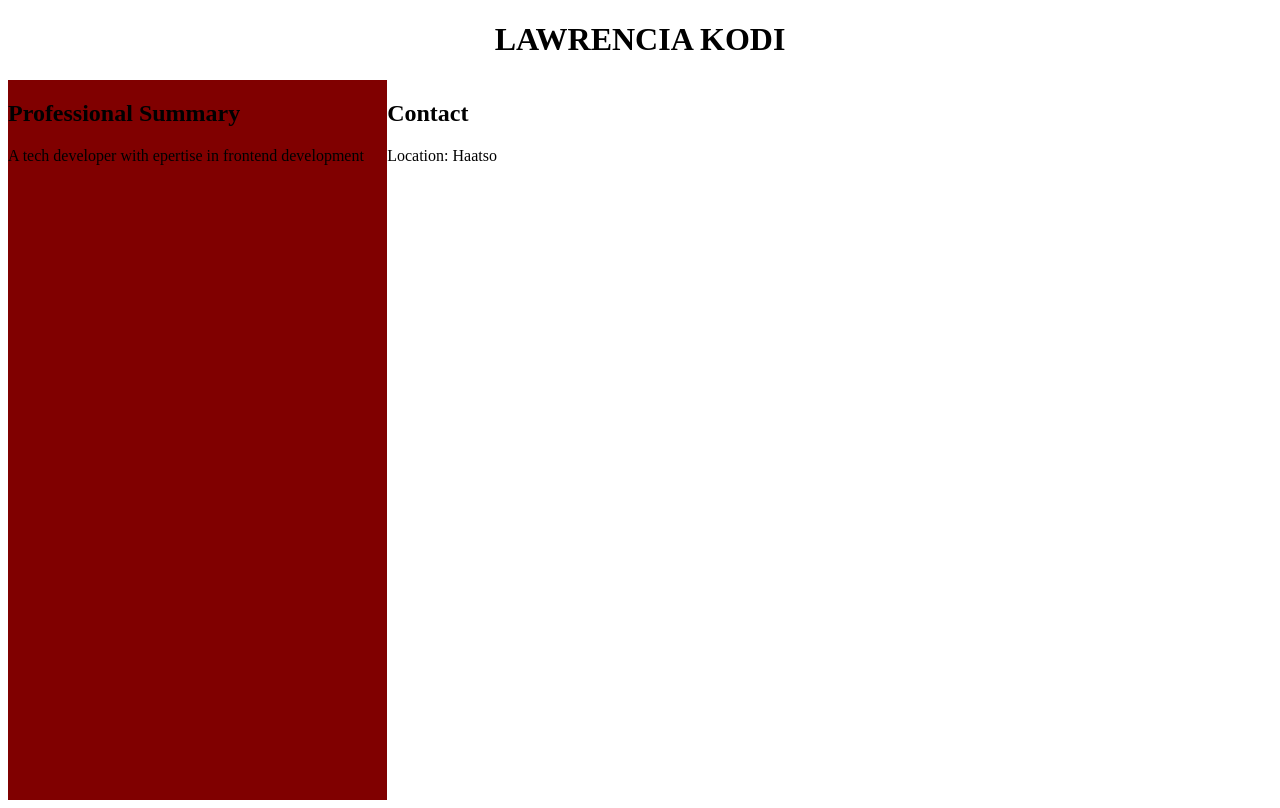
Repository: lawrencia-coder/T4G_CV
Page: index.html
The author's editor kept a copy of each file at every save. The page is drawn from the files as they stood at one save, then again after a run of saves.
The browser window is 1280 px wide. The pictures show the whole page.
Some web libraries are served in a nearby version.

Above is the page before, as saved 2026-07-09 07:24:33.

### index.html
<!DOCTYPE html>
<html lang="en">
<head>
    <meta charset="UTF-8">
    <meta name="viewport" content="width=device-width, initial-scale=1.0">
    <script src="https://kit.fontawesome.com/c72fc9c022.js" crossorigin="anonymous"></script>
    <title>T4G_CV</title>
    <link rel="stylesheet" href="style.css">
</head>
<body>
    <h1>LAWRENCIA KODI</h1>
    <div class="cv-container">
        <div class="left-column">
            <h2>Professional Summary</h2>
              <p>A tech developer with epertise in frontend development</p>
        </div>
         <div class="right-column">
             <h2> Contact</h2>
              <p>Location: Haatso</p>
         </div>
    </div>

</body>
</html>

### style.css
/* working on my headings */
h1{
    text-align: center;

}
.cv-container{
    display: flex;
    width: 100%;
    min-height: 100vh;
}

.left-column{
width: 30%;
background-color: maroon;
}

After the next 2 saves:
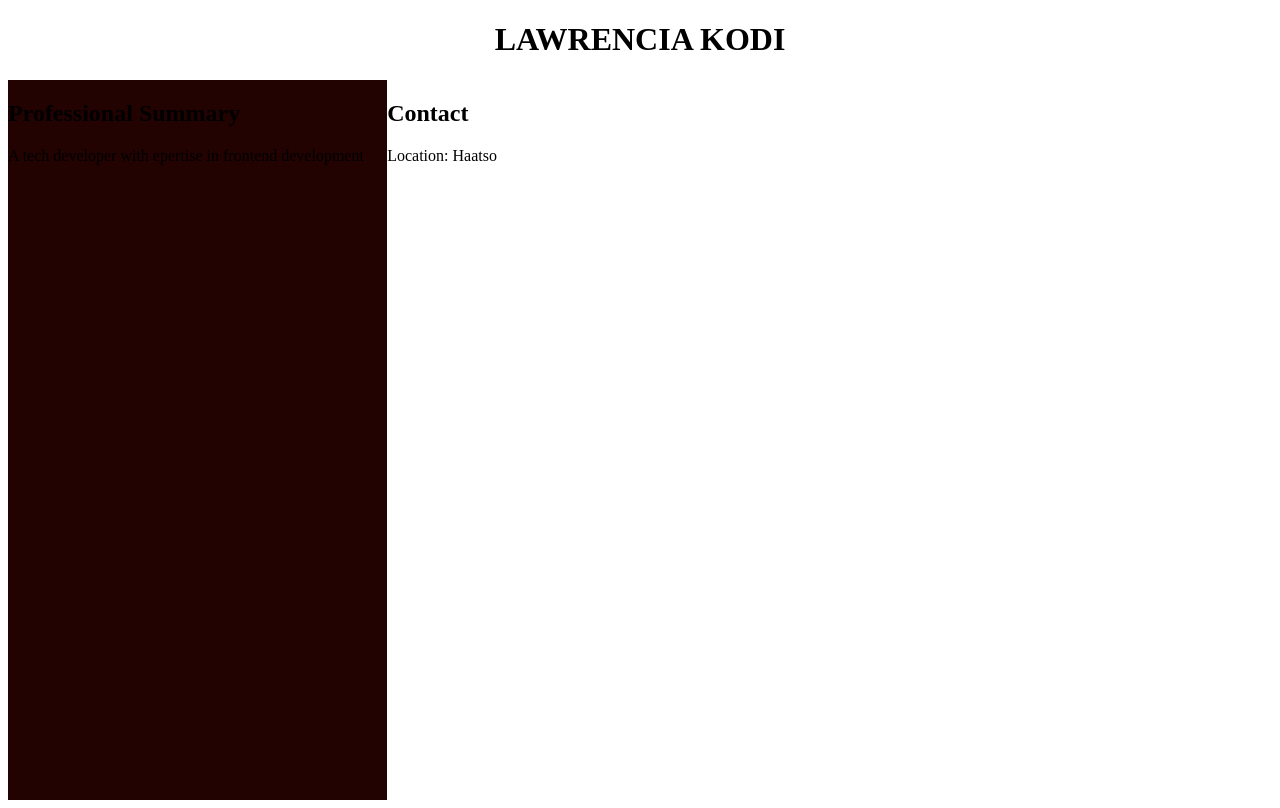
The 2 saves are shown as one change because they came seconds apart.
The last was saved 6 s later.
--- a/style.css
+++ b/style.css
@@ -11,5 +11,5 @@ h1{
 
 .left-column{
 width: 30%;
-background-color: maroon;
+background-color: rgb(35, 2, 2);
 }
